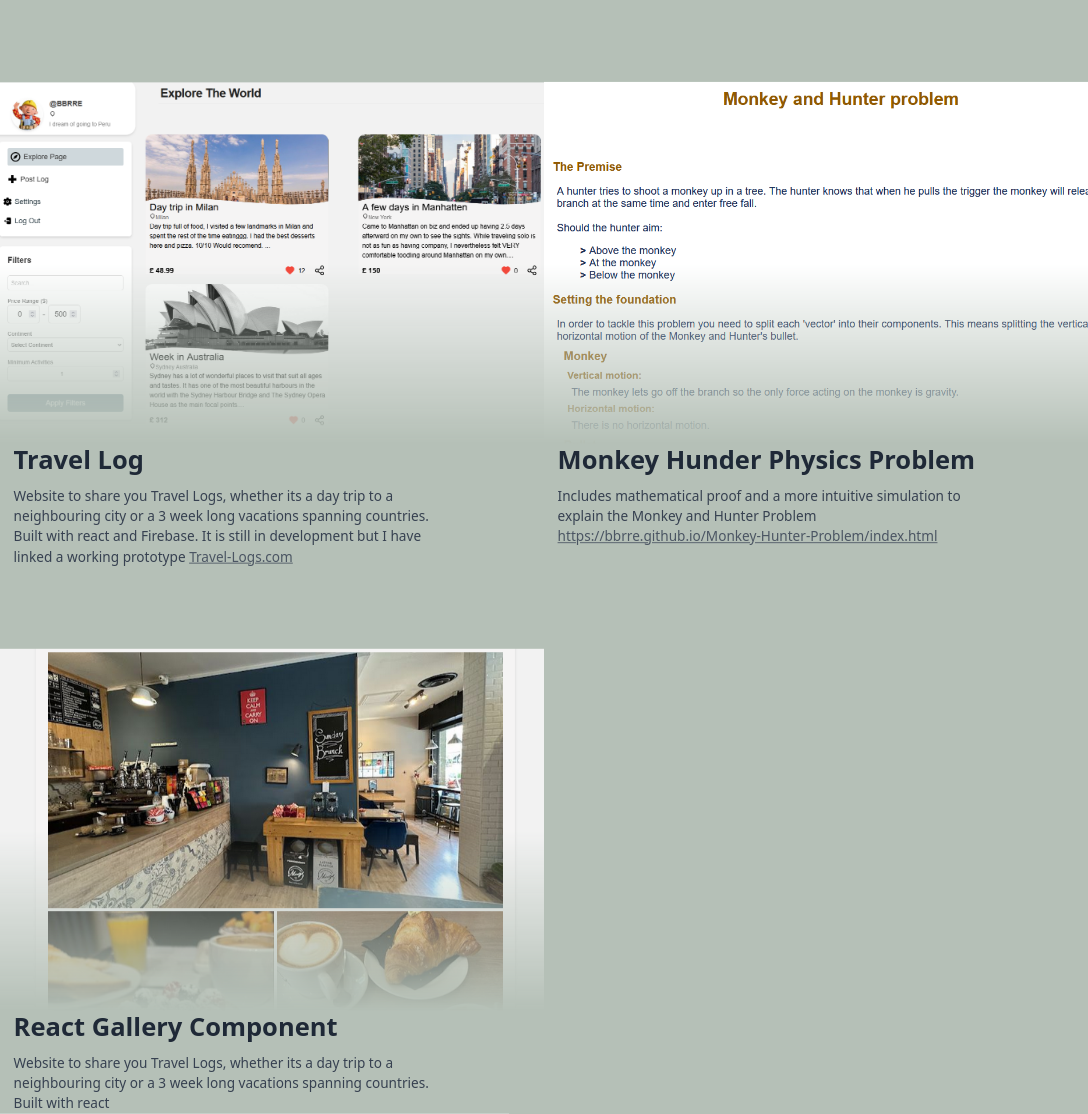
Repository: BBRRE/Portfolio-V2
Page: /#/Computer-Sci
An editor plug-in stored every save of this project. The page is shown before and after the next save, followed by the edit.
The browser window is 1280 px wide. The pictures show the whole page, at 85% of full size.
Some web fonts or font styles are not loaded; a fallback is used. The project was rebuilt for these pictures with package versions that can differ from the ones it lists, and the page was loaded fresh each time. Also part of the build but not shown: vite.config.js, src/Subjects/Archi.jsx, src/Subjects/EEng.jsx, src/Subjects/Other.jsx, src/Projects Overview.jsx, src/HomePage.jsx, src/ErrorBoundary.jsx.

Above is the page before, as saved 2024-11-29 09:18:16.

### index.html
<!doctype html>
<html lang="en">
  <head>
    <meta charset="UTF-8" />
    <link rel="icon" type="image/svg+xml" href="src\assets\letter-bb.svg" />
    <link href="https://fonts.googleapis.com/css2?family=Inconsolata&family=Italiana&family=Hubballi&family=Julius+Sans+One&display=swap" rel="stylesheet">
    <link rel="preconnect" href="https://fonts.googleapis.com" />
<link rel="preconnect" href="https://fonts.gstatic.com" crossorigin />
<link
  rel="stylesheet"
  href="https://fonts.googleapis.com/css2?family=Roboto:wght@300;400;500;700&display=swap"
/>
<link
  rel="stylesheet"
  href="https://fonts.googleapis.com/icon?family=Material+Icons"
/>

    <meta name="viewport" content="width=device-width, initial-scale=1.0" />
    <title>Bilaal Bare</title>
  </head>
  <body>
    <div id="root"></div>
    <script type="module" src="/src/main.jsx"></script>
  </body>
</html>

### src/main.jsx
import React from 'react'
import ReactDOM from 'react-dom/client'
import App from './App'
import ErrorBoundary from './ErrorBoundary'
import './index.css'

ReactDOM.createRoot(document.getElementById('root')).render(
  <React.StrictMode>
    <ErrorBoundary>
      <App />
    </ErrorBoundary>
  </React.StrictMode>
)

### src/App.jsx
import { HashRouter as Router, Routes, Route } from 'react-router-dom';
import Archi from './Subjects/Archi.jsx'
import CompSci from './Subjects/CompSci.jsx'
import EEng from './Subjects/EEng.jsx'
import Other from './Subjects/Other.jsx'
import { HomePage } from './HomePage'
import { useState, useEffect } from 'react'

function App() {
  useEffect(() => {
    console.log('App component mounted')
  }, [])

  return (
    <Router>
        <Routes>
          <Route path="/" element={<HomePage />} />
          <Route path="/Architecture" element={<Archi />} />
          <Route path="/Electronic-Eng" element={<EEng />} />
          <Route path="/Computer-Sci" element={<CompSci />} />
          <Route path="/Other" element={<Other />} />
        </Routes>
    </Router>
  )
}

export default App

### src/index.css
@tailwind base;
@tailwind components;
@tailwind utilities;

@layer utilities {
  .bg-dot-pattern {
    background-image: radial-gradient(circle, rgba(0, 0, 0, 0.2) 1px, transparent 1px);
    background-size: 50px 50px; /* Adjust the spacing here */
  }
}

### src/Subjects/CompSci.jsx
import React from 'react'
import cs from '../assets/aaaa.png'
import ph from '../assets/Monkey.png'
import tr from '../assets/tra.png'

const CompSci = () => {
  return (
    <div className='bg-[#B5C0B7] w-full h-auto min-h-screen grid grid-cols-1 md:grid-cols-2'>
      <div className='flex flex-col mx-auto mt-24'>
        <img src={cs} style={{ WebkitMaskImage: 'linear-gradient(to top, transparent 0%, black 50%)' }} />
        <div className="  flex flex-col ml-4 gap-3 justify-center">
          <h2 className=" text-left text-xl md:text-2xl lg:text-3xl font-semibold text-gray-800">
            Travel Log
          </h2>
          <p className="text-gray-700 text-sm md:text-base leading-relaxed max-w-[500px]">
            Website to share you Travel Logs, whether its a day trip to a neighbouring city or a 3 week long vacations spanning countries. Built with react
            and Firebase. It is still in development but I have linked a working prototype <a href="https://Travel-Logs.com/" className='underline text-gray-600'>Travel-Logs.com</a>
          </p>
        </div>
      </div>

      <div className='flex flex-col mx-auto mt-24'>
        <img src={ph} style={{ WebkitMaskImage: 'linear-gradient(to top, transparent 0%, black 50%)' }} />
        <div className=" flex flex-col ml-4 gap-3 justify-center">
          <h2 className=" text-left text-xl md:text-2xl lg:text-3xl font-semibold text-gray-800">
            Monkey Hunder Physics Problem
          </h2>
          <p className="text-gray-700 text-sm md:text-base leading-relaxed max-w-[500px]">
            Includes mathematical proof and a more intuitive simulation to explain the Monkey and Hunter Problem  <a href="https://bbrre.github.io/Monkey-Hunter-Problem/index.html" className='underline text-gray-600'>https://bbrre.github.io/Monkey-Hunter-Problem/index.html</a>        </p>
        </div>
      </div>

      <div className='flex flex-col mx-auto mt-24'>
        <img src={tr} style={{ WebkitMaskImage: 'linear-gradient(to top, transparent 0%, black 50%)' }} />
        <div className=" flex flex-col ml-4 gap-3 justify-center">
          <h2 className=" text-left text-xl md:text-2xl lg:text-3xl font-semibold text-gray-800">
            React Gallery Component
          </h2>
          <p className="text-gray-700 text-sm md:text-base leading-relaxed max-w-[500px]">
            Website to share you Travel Logs, whether its a day trip to a neighbouring city or a 3 week long vacations spanning countries. Built with react

          </p>
        </div>
      </div>

    </div>
  )
}

export default CompSci

### tailwind.config.js
/** @type {import('tailwindcss').Config} */
export default {
    darkMode: ["class"],
    content: ["index.css",
  "./src/**/*.{js,ts,jsx,tsx}",],
  theme: {
  	extend: {
  		backgroundImage: {
  			noise: "url('/src/assets/nnnoise.svg')",
  			undulate: "url('/src/assets/uuundulate.svg')"
  		},
  		fontFamily: {
  			inconsolata: ['Inconsolata', 'monospace'],
  			italiana: ['Italiana', 'serif'],
  			hubballi: ['Hubballi', 'cursive'],
  			julius: ['Julius Sans One"', 'sans-serif']
  		},
      keyframes: {
        fadeIn: {
          '0%': { opacity: '0' },
          '100%': { opacity: '1' },
        },
      }
  	}
  }
}

After the next save:
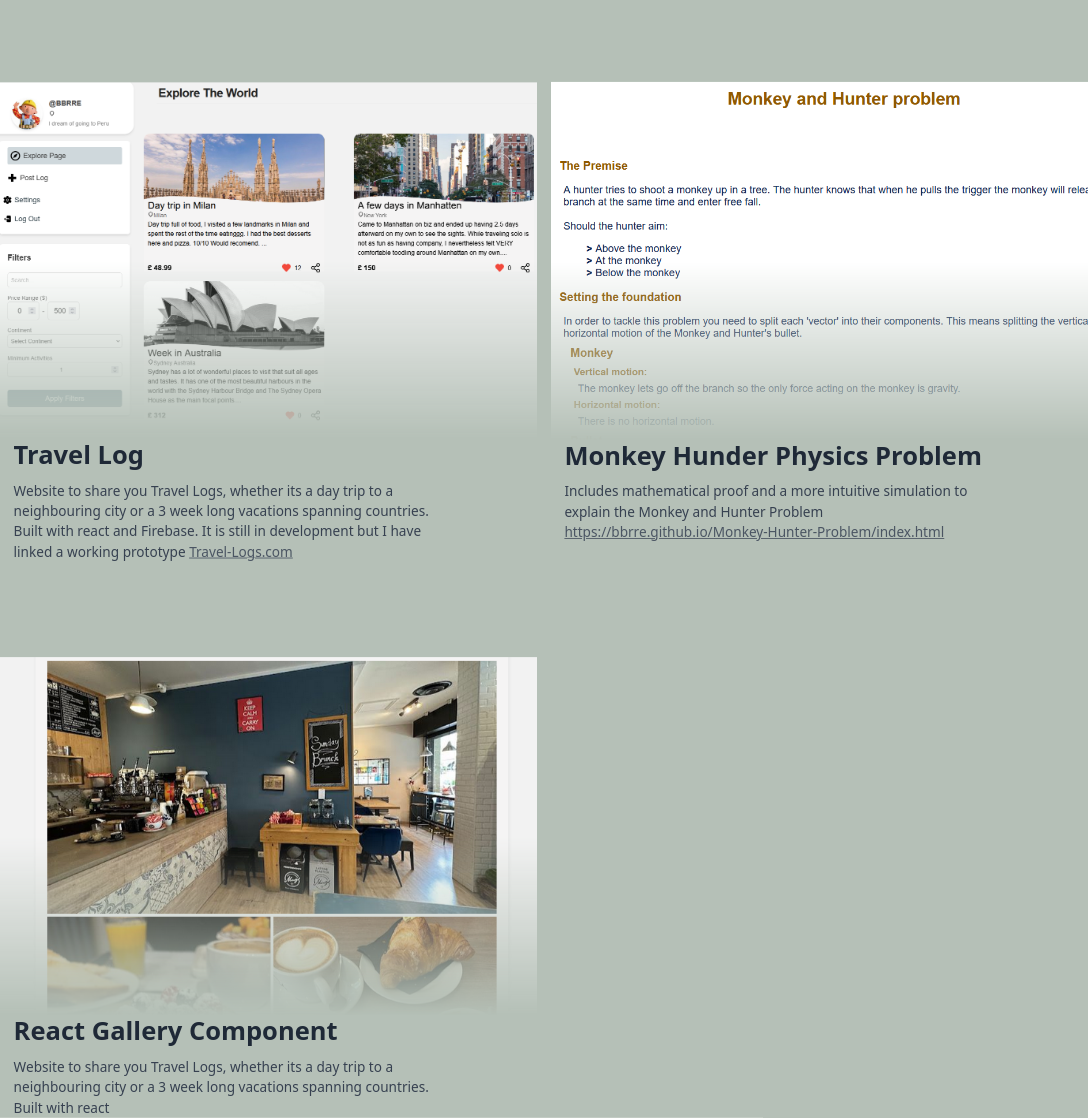
Saved 11 s later.
--- a/src/Subjects/CompSci.jsx
+++ b/src/Subjects/CompSci.jsx
@@ -5,7 +5,7 @@ import tr from '../assets/tra.png'
 
 const CompSci = () => {
   return (
-    <div className='bg-[#B5C0B7] w-full h-auto min-h-screen grid grid-cols-1 md:grid-cols-2'>
+    <div className='bg-[#B5C0B7] w-full h-auto min-h-screen grid grid-cols-1 md:grid-cols-2  gap-4'>
       <div className='flex flex-col mx-auto mt-24'>
         <img src={cs} style={{ WebkitMaskImage: 'linear-gradient(to top, transparent 0%, black 50%)' }} />
         <div className="  flex flex-col ml-4 gap-3 justify-center">
